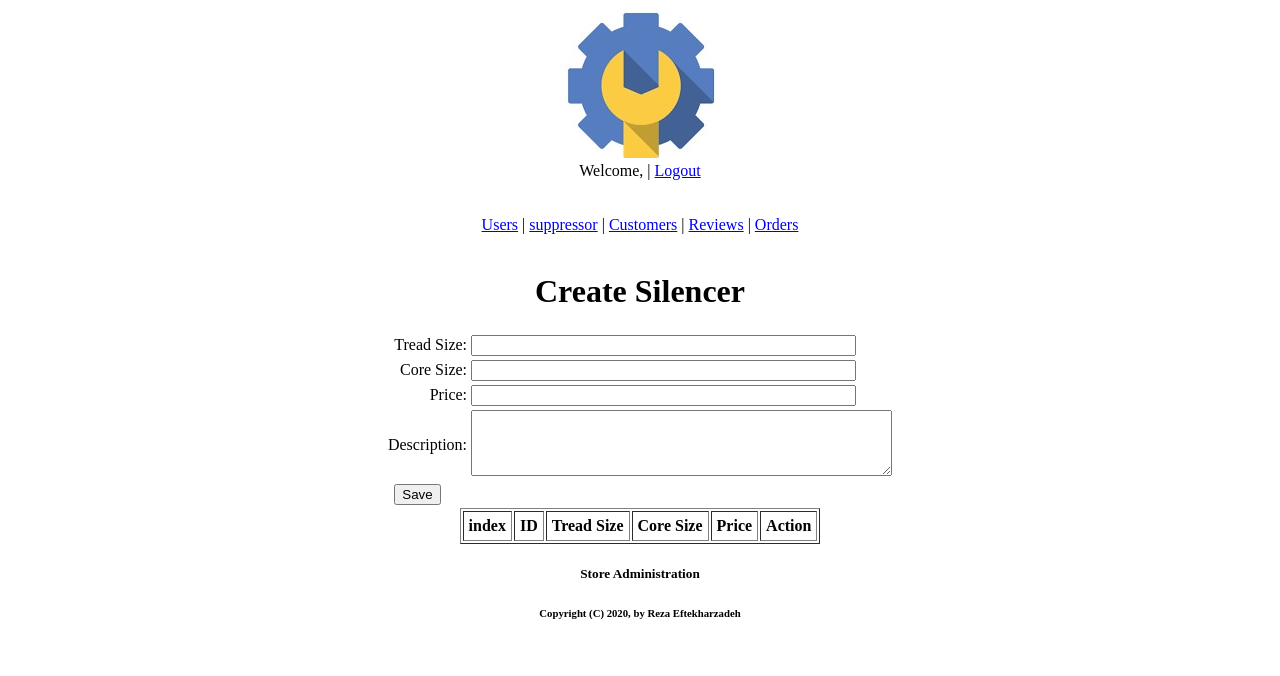
Repository: RezaEftekharzadeh/frey
Page: http://localhost/SilencerStoreProject/admin/silencer_form.jsp
An editor plug-in stored every save of this project. The page is shown before and after the next save, followed by the edit.
The browser window is 1280 px wide. The pictures show the whole page.
The page is served by Tomcat 9. Nobody is signed in. The application's start-up code is not run. Other server files are loaded and not shown. The template is opened directly, without the code that normally fills it, so the values that code supplies are empty.

Above is the page before, as saved 2020-08-21 08:56:26.

### SilencerStoreProject/WebContent/admin/silencer_form.jsp
<%@ page language="java" contentType="text/html; charset=ISO-8859-1"
    pageEncoding="ISO-8859-1"%>
     <%@ taglib prefix="c" uri="http://java.sun.com/jsp/jstl/core" %>
<!DOCTYPE html>
<html>
<head>
<meta charset="ISO-8859-1">
<title>Silencer </title>
</head>
<body>
<jsp:include page="header.jsp" />
&nbsp;&nbsp;&nbsp;&nbsp;&nbsp;&nbsp;

<div align="center">
		<c:if test = "${silencer != null}">
	     	<h1>Edit Silencer</h1>
	    </c:if>

	    <c:if test="${silencer.silencerId == null}">
	     	<h1>Create Silencer</h1>
	    </c:if>
    </div>

    <div align="center">
    <h4><i><p style="color:green;">${message}</p></i></h4>
	    <c:if test = "${silencer != null}">

		     	<form action="update_silencer" method="get" id="silencerForm">
		     	<input type="hidden" name = "silencerId" value= ${silencer.silencerId } >

		</c:if>

		<c:if test = "${silencer.silencerId == null}">

		     	<form action="create_silencer" method="post" id="silencerForm">

		</c:if>


    	<table >

    			<tr>
    				<td align="right">Tread Size:</td>
    				<td><input type="text" name="tread" id="tread" size="45" value= ${silencer.threadSize }>
    			</tr>
    			<tr>
    				<td align="right">Core Size:</td>
    				<td><input type="text" name="core" id="core" size="45"  value= ${silencer.coreSize }>
    			</tr>
    			<tr>
    				<td align="right">Price:</td>
    				<td><input type="text" name="price" id="price" size="45"  value= ${silencer.price }>
    			</tr>
    			<tr align="right">
    				<td>Description:</td>
    				<td><textarea id="description" name="description" rows="4" cols="50"></textarea></td>
    			</tr>
    			<tr>
    				<td align="center">
    					<button type="submit" >Save</button>
    					&nbsp;&nbsp;&nbsp;&nbsp;

    				</td>
    			</tr>

    	 </table>

    	</form>

    	<c:if test = "${silencer != null}">
    		<button onclick="javascript:history.go(-1);" >Cancel</button>

    	</c:if>

    </div>
	<!-- <div align="center" 11>


		<form action="create_silencer" method="post">

			Tread size:<input type="text" name="tread">
			<select>
				<option value>

			</select>

			<br/><br/>

			Core size: <input type="text" name="core">
			<select>
				<option value>

			</select>

			<br/><br/>

			price: <input type="text" name="price" size="10">

			<br/><br/>
			Description: <textarea id="w3review" name="description" rows="4" cols="50"></textarea>

			<br/><br/>

			<input type="submit" value="save">

		</form>

	</div> -->


	<div align="center">
		<table border="1" cellPadding="5" id="list">
			<tr>
				<th>index</th>
				<th>ID</th>
				<th>Tread Size</th>
				<th>Core Size</th>
				<th>Price</th>
				<th>Action</th>
			</tr>
			<c:forEach var="silencer" items="${listSilencer}" varStatus="status">
				<tr>
					<td>${status.index+1}</td>
					<td>${silencer.silencerId}</td>
					<td>${silencer.threadSize}</td>
					<td>${silencer.coreSize}</td>
					<td>${silencer.price}</td>
					<td>
						<a href="edit_silencer?id=${silencer.silencerId}">Edit</a>
						<a href="javascript:confirmDelete(${silencer.silencerId})">Delete</a>
					</td>
				</tr>
			</c:forEach>

		</table>

	</div>
	<jsp:include page="footer.jsp" />
	 <script>
		function confirmDelete(silencerId){

			if(confirm('Are you sure that want to delete ' + silencerId + '?')){

				window.location= 'delete_silencer?id='+ silencerId ;
			}

		}
	</script>
</body>
</html>

### SilencerStoreProject/WebContent/admin/header.jsp

<%@ taglib prefix="c" uri="http://java.sun.com/jsp/jstl/core" %>
<div align="center">

	<div >
		 <img src="../images/admin-page.jpg">
	</div>

	<div >
	  Welcome, <c:out value="${sessionScope.userEmail }"></c:out> | <a href="logout">Logout</a>
	</div>
	<br><br>

	<div>
		<a href="list_users">Users</a> |
		<a href="list_silencer">suppressor</a> |
		<a href="list_customers">Customers</a> |
		<a href="reviews">Reviews</a> |
		<a href="orders">Orders</a>
	</div>
</div>

### SilencerStoreProject/WebContent/admin/footer.jsp

<div align="center">

 <h5>Store Administration</h5>
 <h6> Copyright (C) 2020, by Reza Eftekharzadeh</h6>



</div>

After the next save:
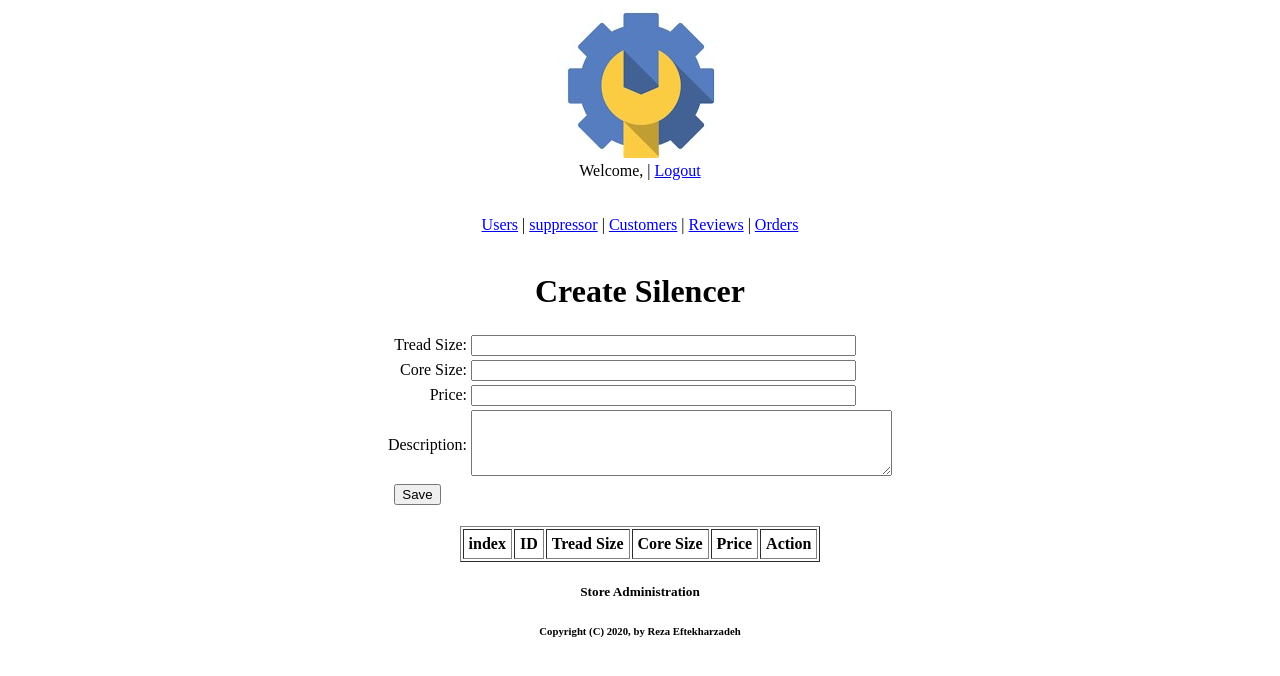
Saved 92 s later.
--- a/SilencerStoreProject/WebContent/admin/silencer_form.jsp
+++ b/SilencerStoreProject/WebContent/admin/silencer_form.jsp
@@ -72,7 +72,7 @@
 
     	</c:if>
 
-    </div>
+    </div>&nbsp;&nbsp;&nbsp;
 	<!-- <div align="center" 11>
 
 
